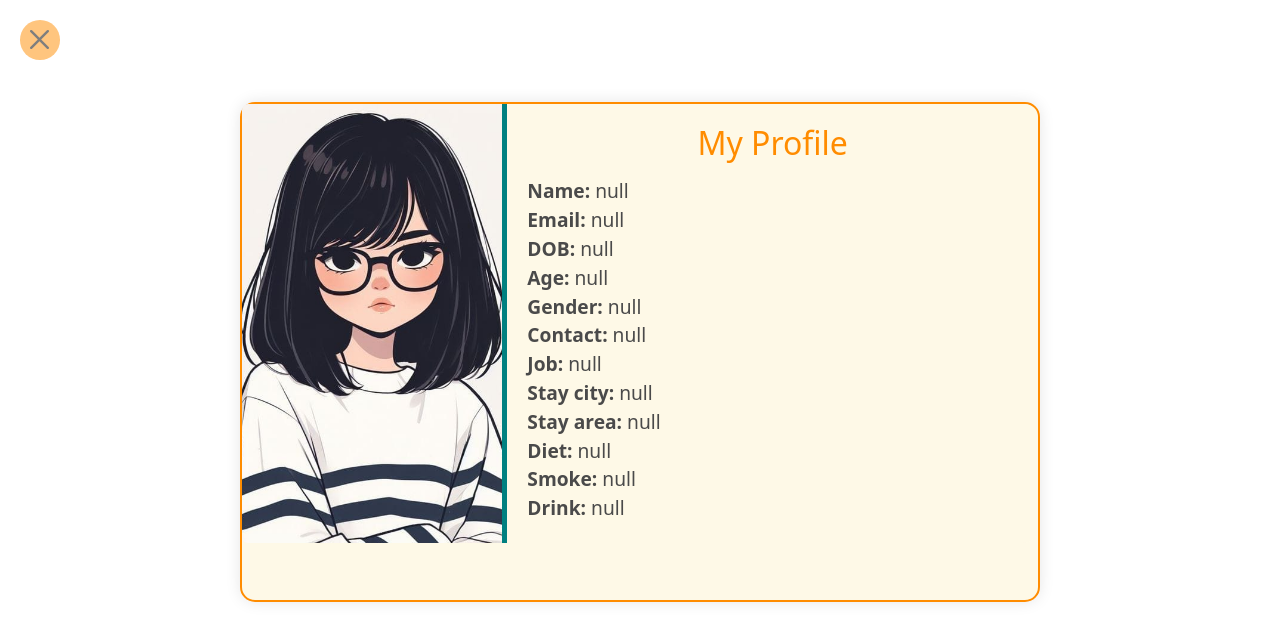
Repository: Sanjana-Inapakolla/Find-your-Roomie-website
Page: http://localhost/MiniProject/Profile.jsp
The author's editor kept a copy of each file at every save. The page is drawn from the files as they stood at one save, then again after the next save.
The browser window is 1280 px wide. The pictures show the whole page.
The page is served by Tomcat 10. Other server files are loaded and not shown. The template is opened directly, without the code that normally fills it, so the values that code supplies are empty.

Above is the page before, as saved 2024-11-13 11:00:13.

### mini-project(jfst)/MiniProject/src/main/webapp/Profile.jsp
<%@ page language="java" contentType="text/html; charset=ISO-8859-1"
    pageEncoding="ISO-8859-1"%>
<!DOCTYPE html>
<html>
<head>
<meta charset="ISO-8859-1">
<title>My Profile</title>
<link href="https://cdn.jsdelivr.net/npm/bootstrap@5.3.3/dist/css/bootstrap.min.css" rel="stylesheet" integrity="sha384-QWTKZyjpPEjISv5WaRU9OFeRpok6YctnYmDr5pNlyT2bRjXh0JMhjY6hW+ALEwIH" crossorigin="anonymous">
<style>
  body {
    background-color: #ffffff; /* Secondary: White background */
    color: #4a4a4a; /* Secondary: Gray for text */
  }

  .custom-card {
    max-width: 800px;
    height: 500px;
    background-color: #fef9e7; /* Light gray for card background */
    border: 2px solid #ff8c00; /* Orange border for the card */
    border-radius: 15px;
    box-shadow: 0 0 15px rgba(0, 0, 0, 0.1); /* Light shadow */
  }

  .card-body {
    font-size: 1.2rem;
    background-color: #fef9e7; /* Light yellow for a soft, vibrant background */
    padding: 20px;
    border-radius: 0 15px 15px 0;
  }

  .card-img {
    width: 100%;
    height: 100%;
    object-fit: cover;
    border-radius: 15px 0 0 15px;
    border-right: 5px solid #008080; /* Teal border separating image */
  }

  .card-title {
    text-align: center;
    font-size: 2rem;
    color: #ff8c00; /* Vibrant orange for title */
    margin-bottom: 15px;
  }

  .card-text {
    color: #4a4a4a; /* Secondary Gray text */
    margin-bottom: 10px;
  }

  .btn-close {
    position: absolute;
    top: 20px;
    left: 20px;
    width: 30px;
    height: 30px;
    background-color: #ff8c00; /* Orange for the close button */
    color: #ffffff; /* White icon */
    font-size: 1.2rem;
    border: none;
    border-radius: 50%;
  }

  .btn-close:hover {
    background-color: #ffcc00; /* Hover effect with yellow */
  }

</style>
</head>
<body class="d-flex justify-content-center align-items-center" style="height: 100vh;">
<%-- <%@ include file="Navbar.jsp" %>--%>
<button type="button" class="btn-close" aria-label="Close" onclick="window.location.href='home.html';"></button>

<% String gender = (String) request.getAttribute("gender"); %>

<div class="card custom-card mb-3">
  <div class="row g-0">
    <div class="col-md-4 d-flex">
      <%-- Conditional image rendering based on gender --%>
      <img src="<%= gender != null && gender.equals("male") ? request.getContextPath() + "/images/user_profile_boy.jpg" : request.getContextPath() + "/images/user_profile.jpg" %>"
           class="img-fluid rounded-start card-img" alt="User Profile Image">
    </div>
    <div class="col-md-8">
      <div class="card-body">
        <h5 class="card-title">My Profile</h5>
        <p class="card-text"><B>Name: </B><%= request.getAttribute("name") %><br>
                             <B>Email: </B><%= request.getAttribute("email")%><br>
                             <B>DOB: </B><%= request.getAttribute("dob") %><br>
                             <B>Age: </B><%= request.getAttribute("age") %><br>
                             <B>Gender: </B><%= request.getAttribute("gender") %><br>
                             <B>Contact: </B><%= request.getAttribute("phone") %><br>
                             <B>Job: </B><%= request.getAttribute("occupation") %><br>
                             <B>Stay city: </B><%= request.getAttribute("city") %><br>
                             <B>Stay area: </B><%= request.getAttribute("area") %><br>
                             <B>Diet: </B><%= request.getAttribute("diet") %><br>
                             <B>Smoke: </B><%= request.getAttribute("smoke") %><br>
                             <B>Drink: </B><%= request.getAttribute("drink") %></p>
      </div>
    </div>
  </div>
</div>
<script src="https://cdn.jsdelivr.net/npm/bootstrap@5.3.3/dist/js/bootstrap.bundle.min.js" integrity="sha384-YvpcrYf0tY3lHB60NNkmXc5s9fDVZLESaAA55NDzOxhy9GkcIdslK1eN7N6jIeHz" crossorigin="anonymous"></script>
</body>
</html>

After the next save:
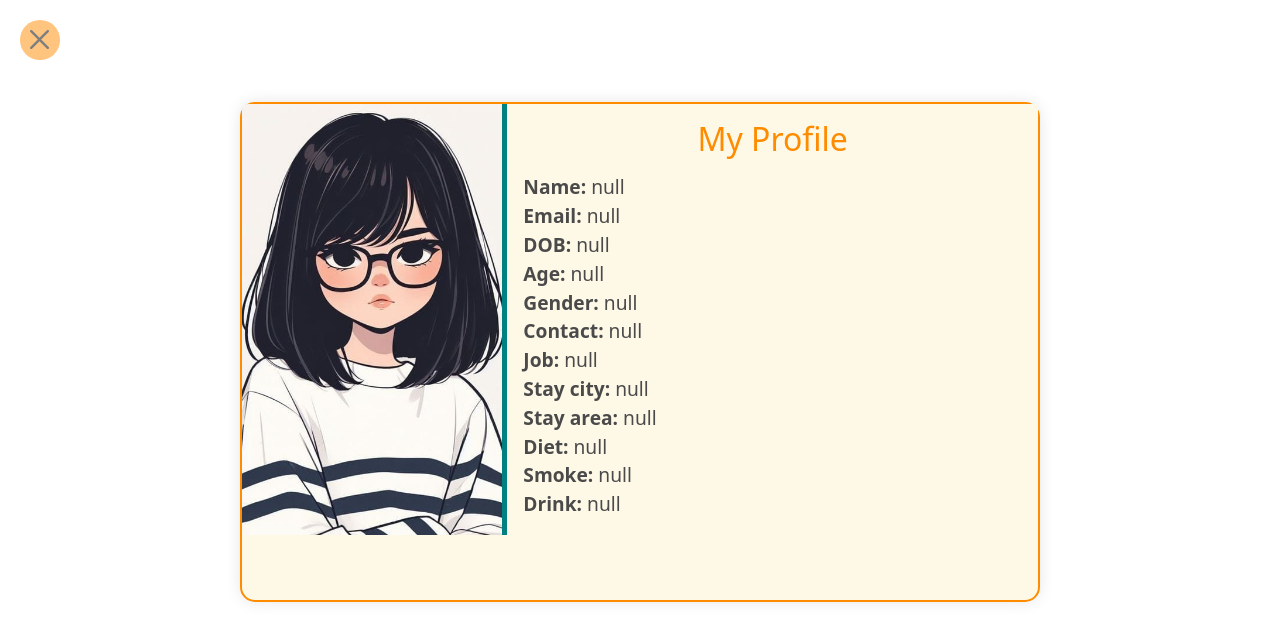
Saved 42 s later.
--- a/mini-project(jfst)/MiniProject/src/main/webapp/Profile.jsp
+++ b/mini-project(jfst)/MiniProject/src/main/webapp/Profile.jsp
@@ -24,8 +24,7 @@
   .card-body {
     font-size: 1.2rem;
     background-color: #fef9e7; /* Light yellow for a soft, vibrant background */
-    padding: 20px;
-    border-radius: 0 15px 15px 0;
+
   }
 
   .card-img {
